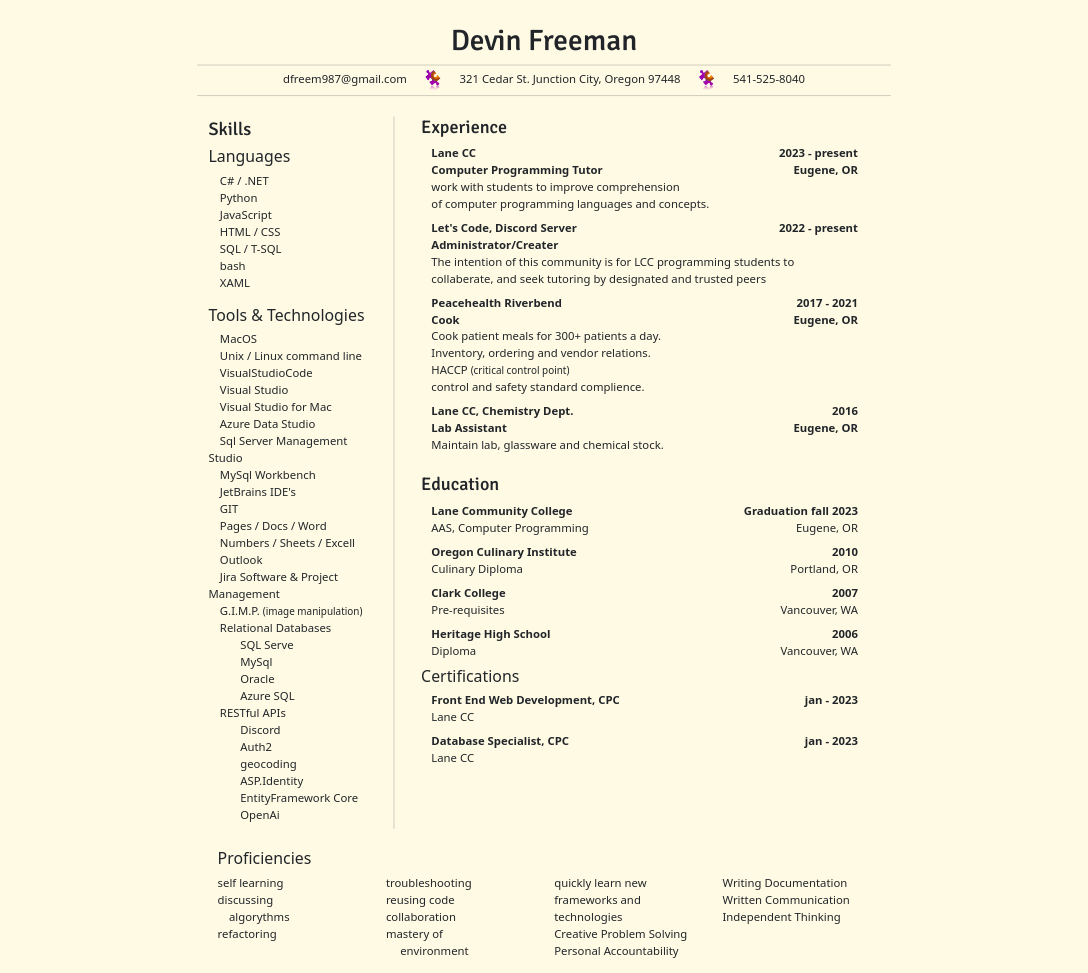
Repository: Dfreem/Resume
Page: index.html
The author's editor kept a copy of each file at every save. The page is drawn from the files as they stood at one save, then again after the next save.
The browser window is 1280 px wide. The pictures show the whole page, at 85% of full size.

Above is the page before, as saved 2023-02-13 13:48:56.

After the next save:
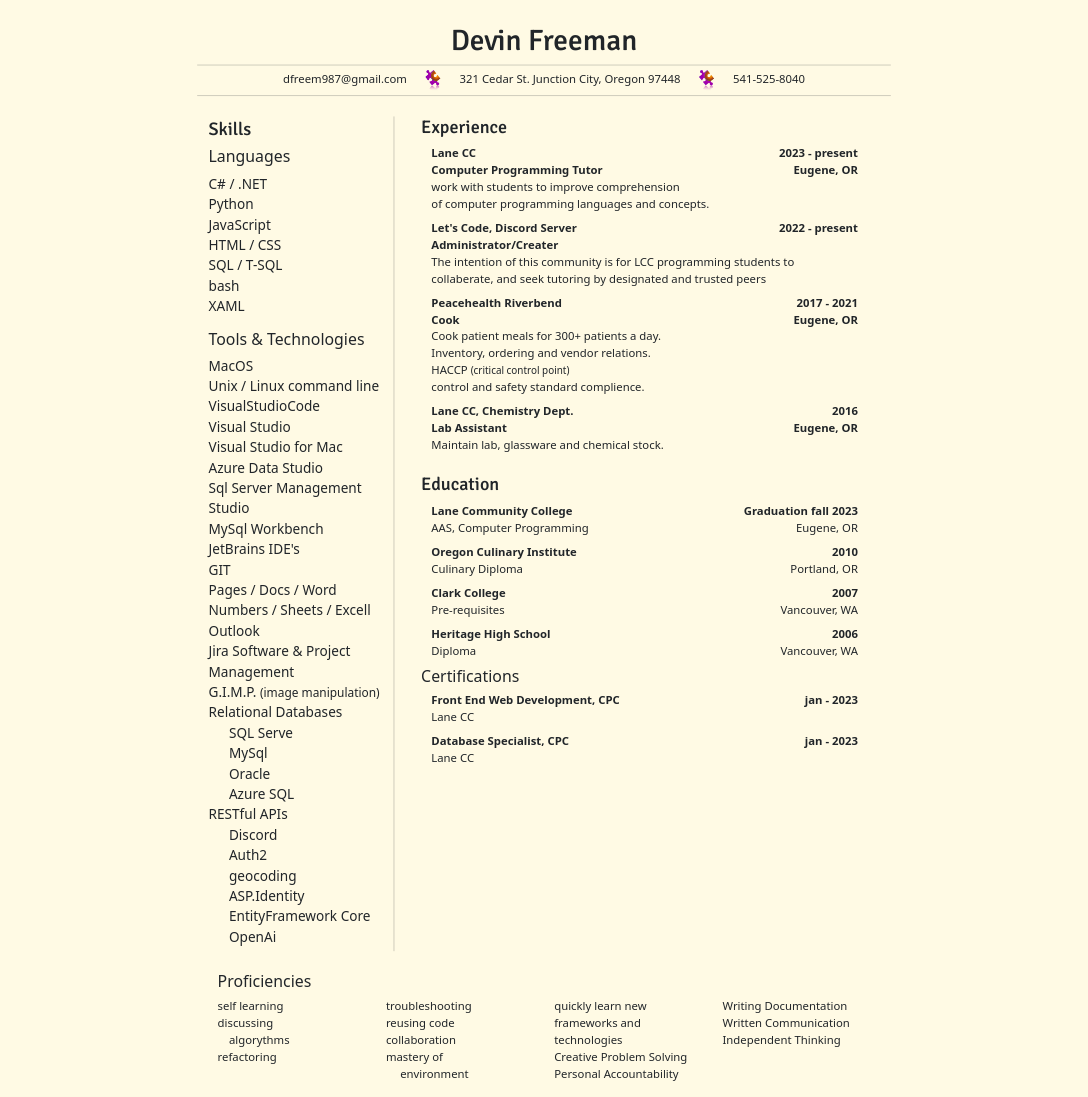
Saved 49 s later.
--- a/resume.css
+++ b/resume.css
@@ -115,7 +115,7 @@ h4 {
  }
 
  .skill > li {
-    text-indent: 1em;
+    font-size: medium;
  }
 
 hr {
